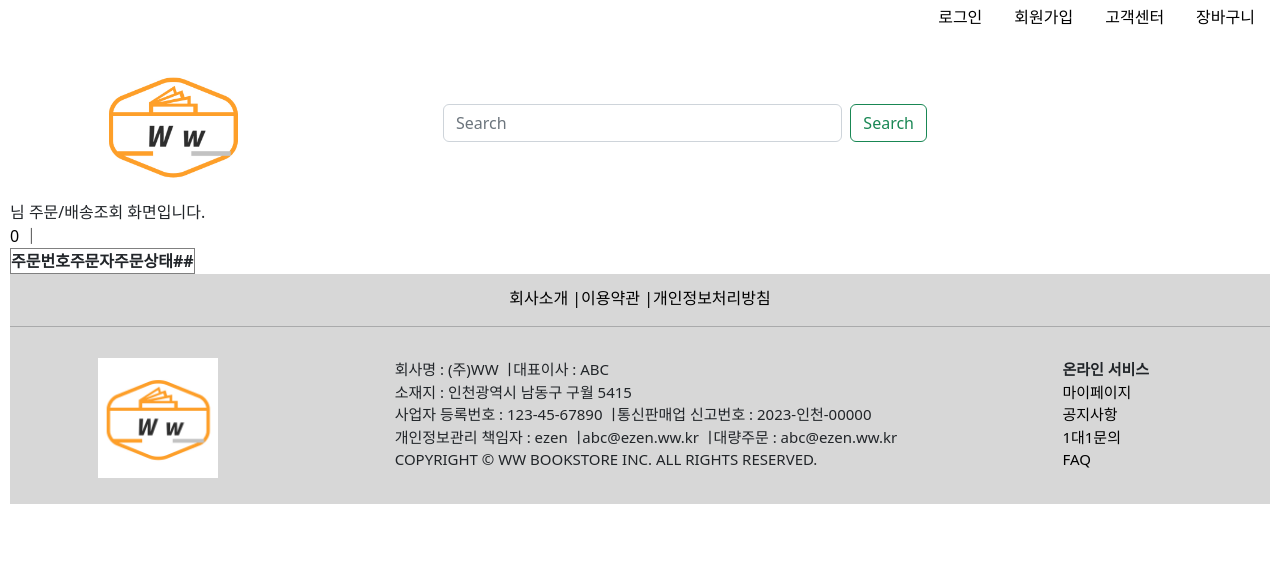
Repository: leehyeonung/project6
Page: http://localhost/book/WEB-INF/views/member/orderCheck.jsp
These files come from the project's save history. The page is drawn as it stood at one moment and after the next save; the edit follows.
The browser window is 1280 px wide. The pictures show the whole page.
The page is served by Tomcat 9. Nobody is signed in. Other server files are loaded and not shown. The template is opened directly, without the code that normally fills it, so the values that code supplies are empty.

Above is the page before, as saved 2023-01-06 04:17:36.

### book/src/main/webapp/WEB-INF/views/member/orderCheck.jsp
<%@ page language="java" contentType="text/html; charset=UTF-8"
    pageEncoding="UTF-8"%>
<%@ taglib uri="http://java.sun.com/jsp/jstl/core" prefix="c"%>
<!DOCTYPE html>
<html>
<head>
<meta charset="UTF-8">
<title>Insert title here</title>
<link rel="stylesheet" type="text/css" href="/resources/css/main.css">
</head>
<body>
<jsp:include page="../layout/header.jsp"></jsp:include>
<div class="main">
${ses.mem_id}님 주문/배송조회 화면입니다.
<table border="1">
			<tr>
				<th>주문번호</th>
				<th>주문자</th>
				<th>주문상태</th>
				<th>#</th>
				<th>#</th>
			</tr>
			<c:forEach items="${list}" var="order">
				<tr>
					<td>${order.order_num}</td>
					<td>${ses.mem_id}</td>
					<td>${order.order_sta}</td>
					<td>#</td>
					<td>#</td>
				</tr>
			</c:forEach>
			<div>
			<c:if test="${pgh.prev}">
			<a href="/mem/check?pageNo=${pgh.startPage-1}&qty=${pgh.pgvo.qty}">prev</a>
			</c:if>
			<c:forEach begin="${pgh.startPage }" end="${pgh.endPage }" var="i">
				<a href="/mem/check?pageNo=${i}&qty=${pgh.pgvo.qty}">${i} ｜ </a>
			</c:forEach>
			<c:if test="${pgh.next}">
			<a href="/mem/check?pageNo=${pgh.endPage+1}&qty=${pgh.pgvo.qty}">next</a>
			</c:if>
			</div>
	</table>
</div>
<jsp:include page="../layout/footer.jsp"></jsp:include>
</body>
</html>

### book/src/main/webapp/WEB-INF/views/layout/header.jsp
<%@ page language="java" contentType="text/html; charset=UTF-8"
    pageEncoding="UTF-8"%>
<%@ taglib uri="http://java.sun.com/jsp/jstl/core" prefix="c"%>
<!DOCTYPE html>
<html>
<head>
<meta charset="UTF-8">
<title>Insert title here</title>
<!-- CSS only -->
<link href="https://cdn.jsdelivr.net/npm/bootstrap@5.2.2/dist/css/bootstrap.min.css"
rel="stylesheet" integrity="sha384-Zenh87qX5JnK2Jl0vWa8Ck2rdkQ2Bzep5IDxbcnCeuOxjzrPF/et3URy9Bv1WTRi"
crossorigin="anonymous">
<link rel="stylesheet" type="text/css" href="/resources/css/header.css">
</head>
<body>

<div class="header">
    <div class="menu">
        <c:if test="${ses.mem_id ==null}">
        <ul><a href="/mem/loginPage">로그인</a></ul>
        <ul><a href="/mem/joinPage">회원가입</a></ul>
        </c:if>
        <c:if test="${ses.mem_id == 'admin' }">
        <ul><a href="/mem/logOut">로그아웃</a></ul>
        <ul><a href="/mem/adminpage">관리인페이지</a></ul>
        </c:if>
        <c:if test="${ses.mem_id !=null && ses.mem_id !='admin' }">
        <ul><a href="/mem/logOut">로그아웃</a></ul>
        <ul><a href="/mem/mypage">마이페이지</a></ul>
        </c:if>
        <ul><a href="#">고객센터</a></ul>
        <ul><a href="#">장바구니</a></ul>
    </div>
    <div class="bar">
       <div class="logo">
         <a href="/"><img src="/resources/image/logo.jpg" alt="로고"></a>
       </div>
         <div class="searchBar">
            <form class="d-flex" role="search">
                 <input class="form-control me-2" type="search" placeholder="Search" aria-label="Search">
                 <button class="btn btn-outline-success" type="submit">Search</button>
              </form>
         </div>
       <div class="icons">
         <a href=""><i class="fa-solid fa-cart-shopping"></i></a>
            <a href=""><i class="fa-solid fa-user"></i></a>
       </div>
    </div>
</div>
</body>
</html>

### book/src/main/webapp/WEB-INF/views/layout/footer.jsp
<%@ page language="java" contentType="text/html; charset=UTF-8"
   pageEncoding="UTF-8"%>
<!DOCTYPE html>
<html>
<head>
<meta charset="UTF-8">
<title>Insert title here</title>
<link rel="stylesheet" type="text/css" href="/resources/css/footer.css">

</head>

<body>
   <div class="footer">
      <div class="footer-top">
         <ul>
            <li><a href="">회사소개 | </a></li>
            <li><a href="">이용약관 | </a></li>
            <li><a href="">개인정보처리방침</a></li>
         </ul>
      </div>
      <hr>
      <div class="address">
         <div class="footer-logo">
            <img src="/resources/image/logo.jpg" alt="로고">
         </div>
         <div class="address-box">
            <ul>
               <li>회사명 : (주)WW <span style="margin-right: -7px;">ㅣ</span>
                  대표이사 : ABC
               </li>

               <li>소재지 : 인천광역시 남동구 구월 5415</li>
               <li>사업자 등록번호 : 123-45-67890 <span style="margin-right: -7px;">ㅣ</span>
                  통신판매업 신고번호 : 2023-인천-00000
               </li>

               <li>개인정보관리 책임자 : ezen <span style="margin-right: -7px;">ㅣ</span>
                  abc@ezen.ww.kr <span style="margin-right: -7px;">ㅣ</span> 대량주문 :
                  abc@ezen.ww.kr
               </li>

               <li>COPYRIGHT © WW BOOKSTORE INC. ALL RIGHTS RESERVED.</li>

            </ul>

         </div>
         <div class="online-serviceBar">
            <strong>온라인 서비스</strong>
            <ul>
               <li><a href="">마이페이지</a></li>
               <li><a href="">공지사항</a></li>
               <li><a href="">1대1문의</a></li>
               <li><a href="">FAQ</a></li>
            </ul>
         </div>
      </div>
   </div>

</body>
</html>

### book/src/main/webapp/resources/css/main.css
@charset "UTF-8";

.main{
	width:1260px;
	margin: 0 auto;
}

### book/src/main/webapp/resources/css/header.css
@charset "UTF-8";
*{
	margin: 0px;
	padding: 0px;
}
.header{
    width: 1260px;
    height: 200px;
   /*  background-color: pink; */
}
.menu{
   display: flex;
   justify-content: flex-end;
   padding:5px;

}
.logo{
    width: 150px;
    height: 150px;
    background-color: blue;
}
.logo>a>img{
    width: 150px;
    height: 150px;
}
.searchBar{
   /* position:absolute; */
    width: 484px;
    height: 42px;
    /* background-color: gold; */
    margin-top:54px;
    border-radius: 30px;

}
.bar{

   height: 150px;
   display: flex;
   flex-direction: row;
   flex-wrap:nowrap;
   justify-content:space-around;
/*    align-items: baseline; */


}
i{
    font-size: 42px;
    color: black;
    margin-top:54px;
    margin-right: 20px;
}

### book/src/main/webapp/resources/css/footer.css
@charset "UTF-8";
.footer {
   width: 1260px;
   height: 230px;
   background-color: rgba(175, 175, 175, 0.5);
   margin: 0 auto;
}

.footer-logo {

   width: 120px;
   height: 120px;
   background-color: beige;
}
.footer-logo>img{
   width: 120px;
   height: 120px;
}

.address-box {
   text-align: left;
   padding: 0;
   margin: 0;
}

.address {
   padding: 15px;
   height: 150px;
   display: flex;
   font-size: 15px;
   /* align-items: baseline; */
   flex-direction: row;
   flex-wrap: nowrap;
   justify-content: space-around;
}

ul {
   list-style: none;
}

.footer, .address li {

}

.footer-top {
   text-align: center;
   padding-top: 12px;
}

.footer-top>ul {
   margin: 0;
   padding: 0;
   display: flex;
   justify-content: center;
}

.footer-top>li {
   margin: 0;
   padding: 0;
}

a {
   text-decoration-line: none;
   color: black;
}

a:visited {
   text-decoration: none;
}

a:hover {
   text-decoration: none;
}

a:focus {
   text-decoration: none;
}

a:hover, a:active {
   text-decoration: none;
}

.online-serviceBar {
   padding: 0px;
   margin-left: 20px;
   width: 120px;
   height: 120px;
}

.online-serviceBar>ul {
   margin: 0px;
   padding: 0px;
}

After the next save:
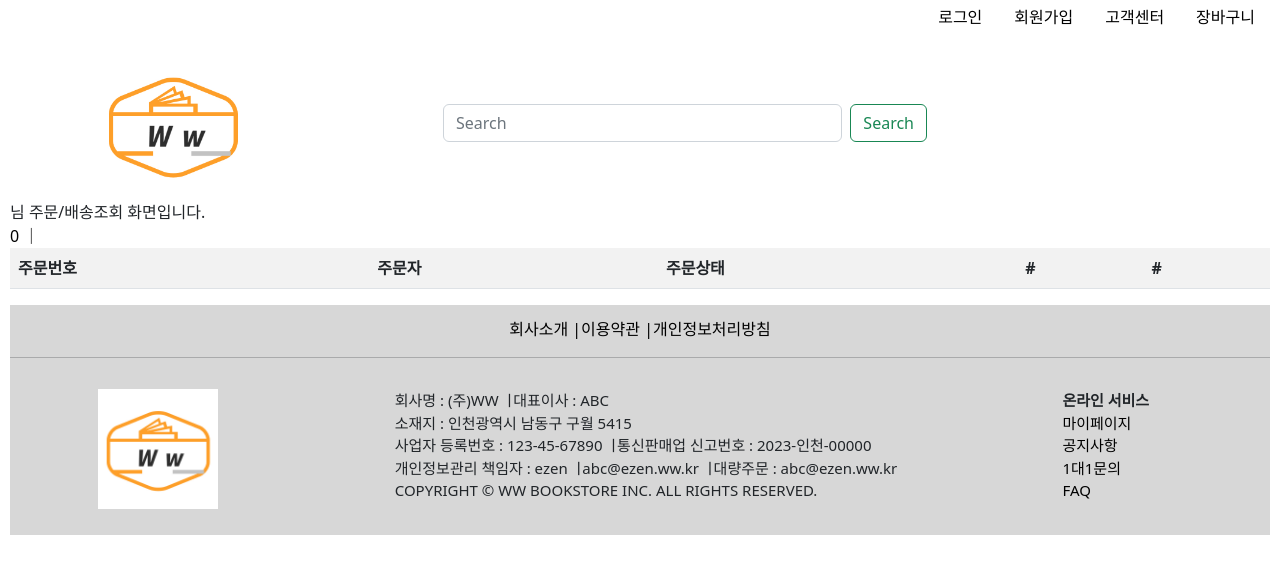
Saved 5 min 10 s later.
--- a/book/src/main/webapp/WEB-INF/views/member/orderCheck.jsp
+++ b/book/src/main/webapp/WEB-INF/views/member/orderCheck.jsp
@@ -12,7 +12,7 @@
 <jsp:include page="../layout/header.jsp"></jsp:include>
 <div class="main">
 ${ses.mem_id}님 주문/배송조회 화면입니다.
-<table border="1">
+<table class="table table-striped">
 			<tr>
 				<th>주문번호</th>
 				<th>주문자</th>
